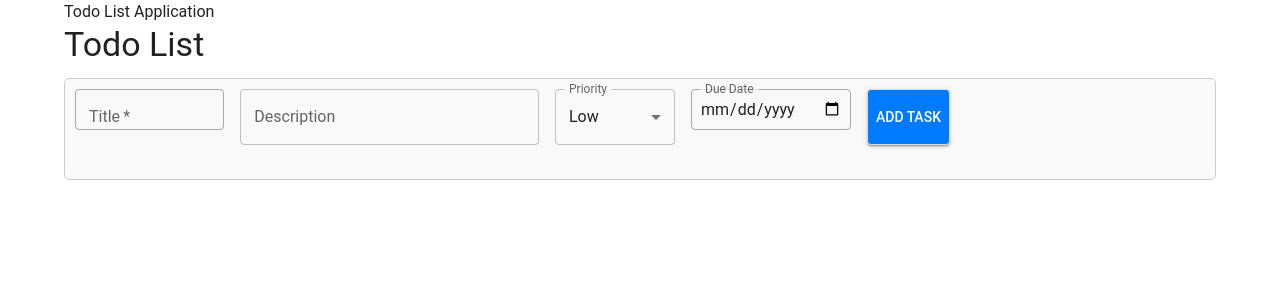
Repository: HPNChanel/Todo-List-Web-App
Page: /welcome (app in frontend/todolist/)
These files come from the project's save history. The page is drawn as it stood at one moment and after the next save; the edit follows.
The browser window is 1280 px wide. The pictures show the whole page.
The page's requests for data from a server got no answer. The project was rebuilt for these pictures with package versions that can differ from the ones it lists, and the page was loaded fresh each time. No one was signed in, and anything a server would have sent is missing. Also part of the build but not shown: frontend/todolist/src/styles/TaskItem.css, frontend/todolist/src/components/TaskItem.js.

Above is the page before, as saved 2024-11-05 09:22:46.

### frontend/todolist/src/App.js
// src/App.js
import React from 'react';
import { TaskProvider } from './contexts/TaskContext';
import TaskList from './components/TaskList';
import { Container, CssBaseline, ThemeProvider, createTheme } from '@mui/material';

const theme = createTheme({
    palette: {
        primary: {
            main: '#1976d2',
        },
        secondary: {
            main: '#f50057',
        },
    },
    typography: {
        fontFamily: 'Roboto, Arial, sans-serif',
    },
});

function App() {
    return (
        <ThemeProvider theme={theme}>
            <CssBaseline />
            <TaskProvider>
                <Container>
                    <h1>Todo List Application</h1>
                    <TaskList />
                </Container>
            </TaskProvider>
        </ThemeProvider>
    );
}

export default App;

### frontend/todolist/src/contexts/TaskContext.js
import React, { createContext, useState, useEffect } from 'react';
import { getTasks, createTask, updateTask, deleteTask } from '../api/TaskApi';

export const TaskContext = createContext();

export const TaskProvider = ({ children }) => {
  const [tasks, setTasks] = useState([]);

  useEffect(() => {
    fetchTasks();
  }, []);

  const fetchTasks = async () => {
    const data = await getTasks();
    setTasks(data);
  };

  const addTask = async (task) => {
    const newTask = await createTask(task);
    setTasks([...tasks, newTask]);
  };

  const editTask = async (id, updatedTask) => {
    const task = await updateTask(id, updatedTask);
    setTasks(tasks.map((t) => (t.id === task.id ? task : t)));
  };

  const removeTask = async (id) => {
    await deleteTask(id);
    setTasks(tasks.filter((t) => t.id !== id));
  };

  return (
    <TaskContext.Provider value={{ tasks, addTask, editTask, removeTask }}>
      {children}
    </TaskContext.Provider>
  );
};

### frontend/todolist/src/components/TaskList.js
// src/components/TaskList.js
import React, { useState } from 'react';
import { Grid, Typography } from '@mui/material';
import TaskItem from './TaskItem';
import TaskForm from './TaskForm';
import useTasks from '../hooks/useTasks';

function TaskList() {
    const { tasks } = useTasks();
    const [taskToEdit, setTaskToEdit] = useState(null);

    const handleEdit = (task) => {
        setTaskToEdit(task);
    };

    const clearTaskToEdit = () => {
        setTaskToEdit(null);
    };

    return (
        <div>
            <Typography variant="h4" gutterBottom>Todo List</Typography>
            <TaskForm taskToEdit={taskToEdit} clearTaskToEdit={clearTaskToEdit} />
            <Grid container spacing={2}>
                {tasks.map((task) => (
                    <Grid item xs={12} sm={6} md={4} key={task.id}>
                        <TaskItem task={task} onEdit={handleEdit} />
                    </Grid>
                ))}
            </Grid>
        </div>
    );
}

export default TaskList;

### frontend/todolist/src/api/TaskApi.js
import axios from 'axios';

const API_URL = 'http://localhost:8000/api/tasks/';

//* Declare API Function for tasks

export const getTasks = async () => {
  const response = await axios.get(API_URL);
  return response.data;
};

export const createTask = async (task) => {
  const response = await axios.post(API_URL, task);
  return response.data;
};

export const updateTask = async (id, task) => {
  const response = await axios.put(`${API_URL}${id}/`, task)
  return response.data;
};

export const deleteTask = async (id) => {
  await axios.delete(`${API_URL}${id}/`)
}

### frontend/todolist/src/components/TaskForm.js
// src/components/TaskForm.js
import React, { useState, useEffect } from 'react';
import { TextField, Button, MenuItem, Box } from '@mui/material';
import { motion } from 'framer-motion';
import useTasks from '../hooks/useTasks';
import '../styles/TaskForm.css';

function TaskForm({ taskToEdit, clearTaskToEdit }) {
    const { addTask, editTask } = useTasks();
    const [title, setTitle] = useState(taskToEdit?.title || '');
    const [description, setDescription] = useState(taskToEdit?.description || '');
    const [priority, setPriority] = useState(taskToEdit?.priority || 1);
    const [dueDate, setDueDate] = useState(taskToEdit?.due_date || '');

    useEffect(() => {
        if (taskToEdit) {
            setTitle(taskToEdit.title);
            setDescription(taskToEdit.description);
            setPriority(taskToEdit.priority);
            setDueDate(taskToEdit.due_date);
        }
    }, [taskToEdit]);

    const handleSubmit = (e) => {
        e.preventDefault();
        const taskData = { title, description, priority, due_date: dueDate };
        if (taskToEdit) {
            editTask(taskToEdit.id, taskData);
            clearTaskToEdit();
        } else {
            addTask(taskData);
        }
        setTitle('');
        setDescription('');
        setPriority(1);
        setDueDate('');
    };

    return (
        <motion.div
            className="task-form"
            initial={{ opacity: 0, y: -20 }}
            animate={{ opacity: 1, y: 0 }}
            transition={{ duration: 0.5 }}
        >
            <Box component="form" onSubmit={handleSubmit} sx={{ display: 'flex', gap: 2, mb: 3 }}>
                <TextField
                    label="Title"
                    variant="outlined"
                    value={title}
                    onChange={(e) => setTitle(e.target.value)}
                    required
                    sx={{ flex: 1 }}
                />
                <TextField
                    label="Description"
                    variant="outlined"
                    multiline
                    maxRows={4}
                    value={description}
                    onChange={(e) => setDescription(e.target.value)}
                    sx={{ flex: 2 }}
                />
                <TextField
                    select
                    label="Priority"
                    variant="outlined"
                    value={priority}
                    onChange={(e) => setPriority(e.target.value)}
                    sx={{ width: 120 }}
                >
                    <MenuItem value={1}>Low</MenuItem>
                    <MenuItem value={2}>Medium</MenuItem>
                    <MenuItem value={3}>High</MenuItem>
                </TextField>
                <TextField
                    label="Due Date"
                    type="date"
                    InputLabelProps={{ shrink: true }}
                    value={dueDate}
                    onChange={(e) => setDueDate(e.target.value)}
                    sx={{ width: 160 }}
                />
                <Button type="submit" variant="contained" color="primary">
                    {taskToEdit ? "Update Task" : "Add Task"}
                </Button>
            </Box>
        </motion.div>
    );
}

export default TaskForm;

### frontend/todolist/src/hooks/useTasks.js
import { useContext } from "react";
import { TaskContext } from "../contexts/TaskContext";

const useTasks = () => {
  return useContext(TaskContext);
};

export default useTasks;

### frontend/todolist/src/styles/TaskForm.css
.task-form {
  display: flex;
  gap: 10px;
  margin-bottom: 20px;
  padding: 10px;
  border: 1px solid #ccc;
  border-radius: 5px;
  background-color: #f9f9f9;
}

.task-form input,
.task-form select,
.task-form button {
  padding: 8px;
  border-radius: 4px;
  border: 1px solid #ddd;
}

.task-form button {
  background-color: #007bff;
  color: white;
  cursor: pointer;
}

.task-form button:hover {
  background-color: #0056b3;
}

### frontend/todolist/src/styles/TaskList.css
.task-list {
  padding: 20px;
  background-color: #f5f5f5;
  border-radius: 8px;
  max-width: 800px;
  margin: auto;
}

.task-list h4 {
  text-align: center;
  margin-bottom: 20px;
  font-size: 1.8em;
  color: #333;
}

.task-list .task-grid {
  display: grid;
  grid-template-columns: repeat(auto-fill, minmax(200px, 1fr));
  gap: 15px;
}

Loaded but not shown: frontend/todolist/public/index.html (common file); frontend/todolist/src/index.js (common file); frontend/todolist/src/index.css (common file); frontend/todolist/tailwind.config.js (common file)

After the next save:
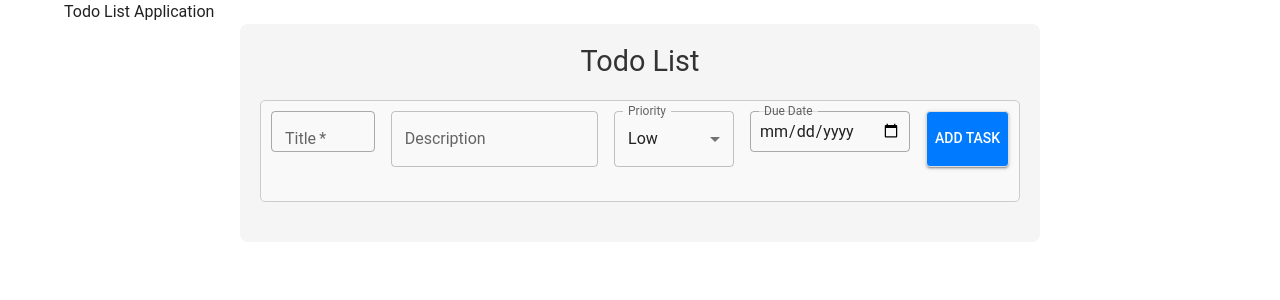
Saved 10 s later.
--- a/frontend/todolist/src/components/TaskList.js
+++ b/frontend/todolist/src/components/TaskList.js
@@ -4,6 +4,7 @@ import { Grid, Typography } from '@mui/material';
 import TaskItem from './TaskItem';
 import TaskForm from './TaskForm';
 import useTasks from '../hooks/useTasks';
+import '../styles/TaskList.css';
 
 function TaskList() {
     const { tasks } = useTasks();
@@ -18,10 +19,10 @@ function TaskList() {
     };
 
     return (
-        <div>
+        <div className="task-list">
             <Typography variant="h4" gutterBottom>Todo List</Typography>
             <TaskForm taskToEdit={taskToEdit} clearTaskToEdit={clearTaskToEdit} />
-            <Grid container spacing={2}>
+            <Grid container spacing={2} className="task-grid">
                 {tasks.map((task) => (
                     <Grid item xs={12} sm={6} md={4} key={task.id}>
                         <TaskItem task={task} onEdit={handleEdit} />
